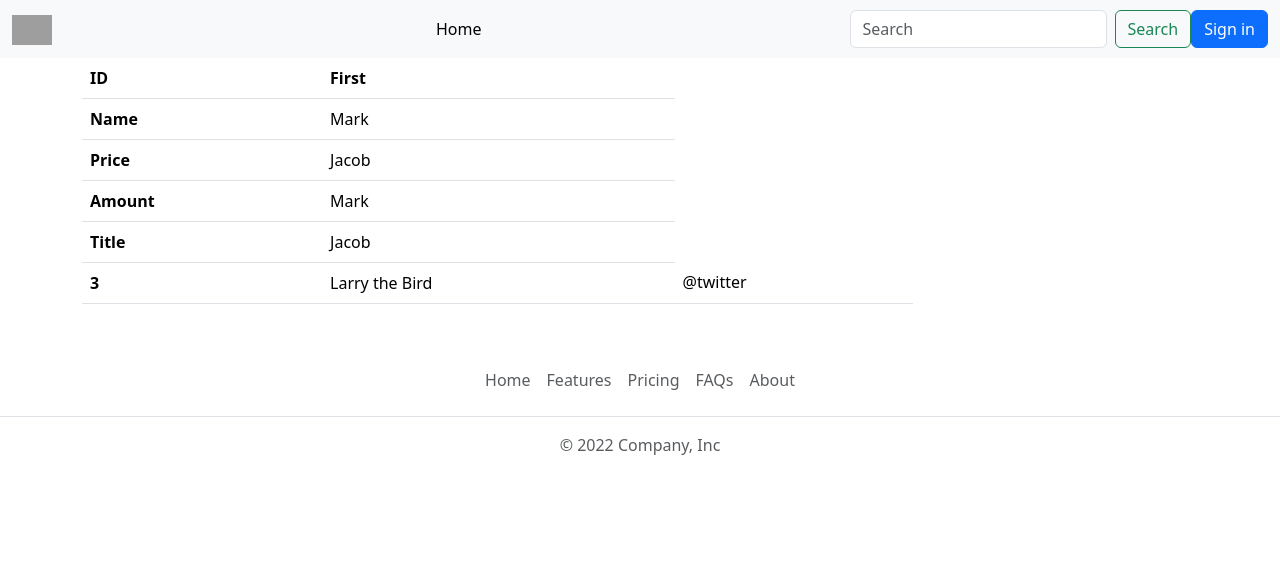
Repository: nguyenducviet22/my-project
Page: http://localhost/Test/manageProduct.jsp
An editor plug-in stored every save of this project. The page is shown before and after the next save, followed by the edit.
The browser window is 1280 px wide. The pictures show the whole page.
Pictures or frames that could not be fetched are drawn as grey boxes. The page is served by Tomcat 9. Nobody is signed in. The application's start-up code is not run. Other server files are loaded and not shown. The template is opened directly, without the code that normally fills it, so the values that code supplies are empty.

Above is the page before, as saved 2023-03-16 12:41:37.

### Test/src/main/webapp/manageProduct.jsp
<%@ page language="java" contentType="text/html; charset=UTF-8"
	pageEncoding="UTF-8"%>
<%@ taglib prefix="c" uri="http://java.sun.com/jsp/jstl/core"%>
<!DOCTYPE html>
<html>
<head>
<meta charset="UTF-8">
<title>Manage Products</title>
<link
	href="https://cdn.jsdelivr.net/npm/bootstrap@5.3.0-alpha1/dist/css/bootstrap.min.css"
	rel="stylesheet"
	integrity="sha384-GLhlTQ8iRABdZLl6O3oVMWSktQOp6b7In1Zl3/Jr59b6EGGoI1aFkw7cmDA6j6gD"
	crossorigin="anonymous">
<script
	src="https://cdn.jsdelivr.net/npm/@popperjs/core@2.11.6/dist/umd/popper.min.js"
	integrity="sha384-oBqDVmMz9ATKxIep9tiCxS/Z9fNfEXiDAYTujMAeBAsjFuCZSmKbSSUnQlmh/jp3"
	crossorigin="anonymous"></script>
<script
	src="https://cdn.jsdelivr.net/npm/bootstrap@5.3.0-alpha1/dist/js/bootstrap.min.js"
	integrity="sha384-mQ93GR66B00ZXjt0YO5KlohRA5SY2XofN4zfuZxLkoj1gXtW8ANNCe9d5Y3eG5eD"
	crossorigin="anonymous"></script>
</head>
<body>
	<!-- Narvar -->
	<%@include file="header.jsp"%>
	<!-- End Narvar -->
	<!-- Page content -->
	<div class="container">
		<div class="row">
			<div class="col-lg-9">
				<!-- Product -->
				<table class="table">
					<thead>
						<tr>
							<th scope="col">ID</th>
							<th scope="col">First</th>
						</tr>
					</thead>
					<tbody>
						<tr>
							<th scope="row">Name</th>
							<td>Mark</td>
						</tr>
						<tr>
							<th scope="row">Price</th>
							<td>Jacob</td>
						</tr>
						<tr>
							<th scope="row">Amount</th>
							<td>Mark</td>
						</tr>
						<tr>
							<th scope="row">Title</th>
							<td>Jacob</td>
						</tr>
						<tr>
							<th scope="row">3</th>
							<td colspan="2">Larry the Bird</td>
							<td>@twitter</td>
						</tr>
					</tbody>
				</table>
				<c:forEach items="${list }" var="p">
					<div class="col-lg-4 col-md-6 md-4">
						<div class="card h-100" style="width: 18rem;">
							<img src="${p.image }" class="card-img-top" alt="${p.name }">
							<div class="card-body">
								<p class="card-text">Id ${p.id }</p>
								<h5 class="card-title">
									<a href="detail?pid=${p.id}">${p.name }</a>
								</h5>
								<p class="card-text">${p.price }</p>
								<p class="card-text">${p.title }</p>
								<p class="card-text">${p.description }</p>
								<a href="#" class="btn btn-primary">Delete</a>
							</div>
						</div>
					</div>
				</c:forEach>
				<!-- End Product -->
			</div>
		</div>
	</div>
	<!-- Footer -->
	<%@include file="footer.jsp"%>
	<!-- End Footer -->
</body>
</html>

### Test/src/main/webapp/header.jsp
<%@ page language="java" contentType="text/html; charset=UTF-8"
	pageEncoding="UTF-8"%>
<%@ taglib prefix="c" uri="http://java.sun.com/jsp/jstl/core"%>
<!-- Narvar -->
<nav class="navbar navbar-expand-lg bg-body-tertiary">
	<div class="container-fluid">
		<a class="navbar-brand" href="#"> <img alt="Fashion"
			src="https://tse4.mm.bing.net/th?id=OIP.ZbP3SFRdKs9-9OwxsS1ymQHaHa&pid=Api&P=0"
			style="width: 10%">
		</a>
		<button class="navbar-toggler" type="button" data-bs-toggle="collapse"
			data-bs-target="#navbarSupportedContent"
			aria-controls="navbarSupportedContent" aria-expanded="false"
			aria-label="Toggle navigation">
			<span class="navbar-toggler-icon"></span>
		</button>
		<div class="collapse navbar-collapse" id="navbarSupportedContent">
			<ul class="navbar-nav me-auto mb-2 mb-lg-0">
				<li class="nav-item"><a class="nav-link active"
					aria-current="page" href="home">Home</a></li>
				<c:if test="${account.isAdmin == 1 }">
					<li class="nav-item"><a class="nav-link active"
						aria-current="page" href="#">Admin</a></li>
				</c:if>
				<c:if test="${account.isSell == 1 }">
					<li class="nav-item"><a class="nav-link active"
						aria-current="page" href="seller">Seller</a></li>
				</c:if>
			</ul>
			<form action="search" method="post" class="d-flex" role="search">
				<input class="form-control me-2" type="search" placeholder="Search"
					aria-label="Search" name="txt" value="${searchValue}">
				<button class="btn btn-outline-success" type="submit">Search</button>
				<c:if test="${account == null }">
					<a class="btn btn-primary" style="white-space: nowrap;"
						href="signIn.jsp">Sign in</a>
				</c:if>
				<c:if test="${account != null }">
					<div class="form-control ml-1">
						<!-- Dropdown -->
						<ul class="navbar-nav me-auto mb-2 mb-lg-0">
							<li class="nav-item dropdown dropstart"><a
								class="nav-link dropdown-toggle" href="#" role="button"
								data-bs-toggle="dropdown" aria-expanded="false">${account.username }'s
									account</a>
								<ul class="dropdown-menu">
									<li><a class="dropdown-item" href="#">My cart</a></li>
									<li><a class="dropdown-item" href="#">Notification</a></li>
									<li><a class="dropdown-item" href="changeInfo.jsp">Info</a></li>
									<li><a class="dropdown-item" href="changePassword.jsp">Change
											password</a></li>
									<li><hr class="dropdown-divider"></li>
									<li><a class="dropdown-item"
										href="account-controller?act=sign-out&">Sign out</a></li>
								</ul></li>
						</ul>
					</div>
				</c:if>
			</form>
		</div>
	</div>
</nav>
<!-- End Narvar -->

### Test/src/main/webapp/footer.jsp
<%@ page language="java" contentType="text/html; charset=UTF-8"
	pageEncoding="UTF-8"%>
<!-- Footer -->
<footer class="py-3 my-4">
	<ul class="nav justify-content-center border-bottom pb-3 mb-3">
		<li class="nav-item"><a href="#" class="nav-link px-2 text-muted">Home</a></li>
		<li class="nav-item"><a href="#" class="nav-link px-2 text-muted">Features</a></li>
		<li class="nav-item"><a href="#" class="nav-link px-2 text-muted">Pricing</a></li>
		<li class="nav-item"><a href="#" class="nav-link px-2 text-muted">FAQs</a></li>
		<li class="nav-item"><a href="#" class="nav-link px-2 text-muted">About</a></li>
	</ul>
	<p class="text-center text-muted">© 2022 Company, Inc</p>
</footer>
<!-- End Footer -->

After the next save:
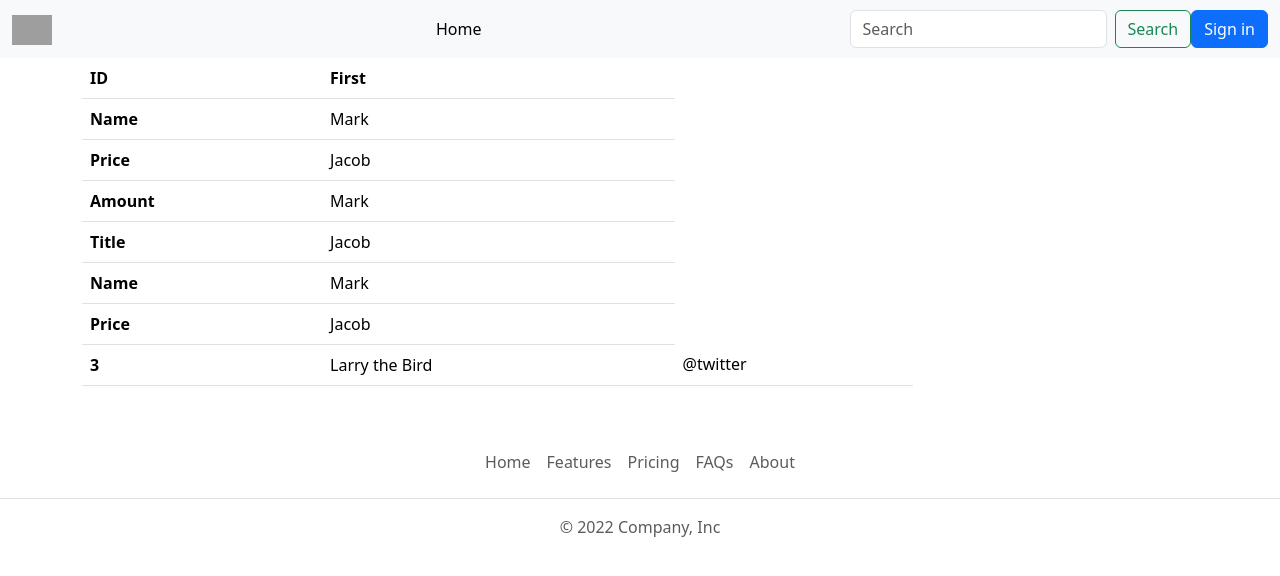
Saved 4 s later.
--- a/Test/src/main/webapp/manageProduct.jsp
+++ b/Test/src/main/webapp/manageProduct.jsp
@@ -54,6 +54,14 @@
 							<td>Jacob</td>
 						</tr>
 						<tr>
+							<th scope="row">Name</th>
+							<td>Mark</td>
+						</tr>
+						<tr>
+							<th scope="row">Price</th>
+							<td>Jacob</td>
+						</tr>
+						<tr>
 							<th scope="row">3</th>
 							<td colspan="2">Larry the Bird</td>
 							<td>@twitter</td>
